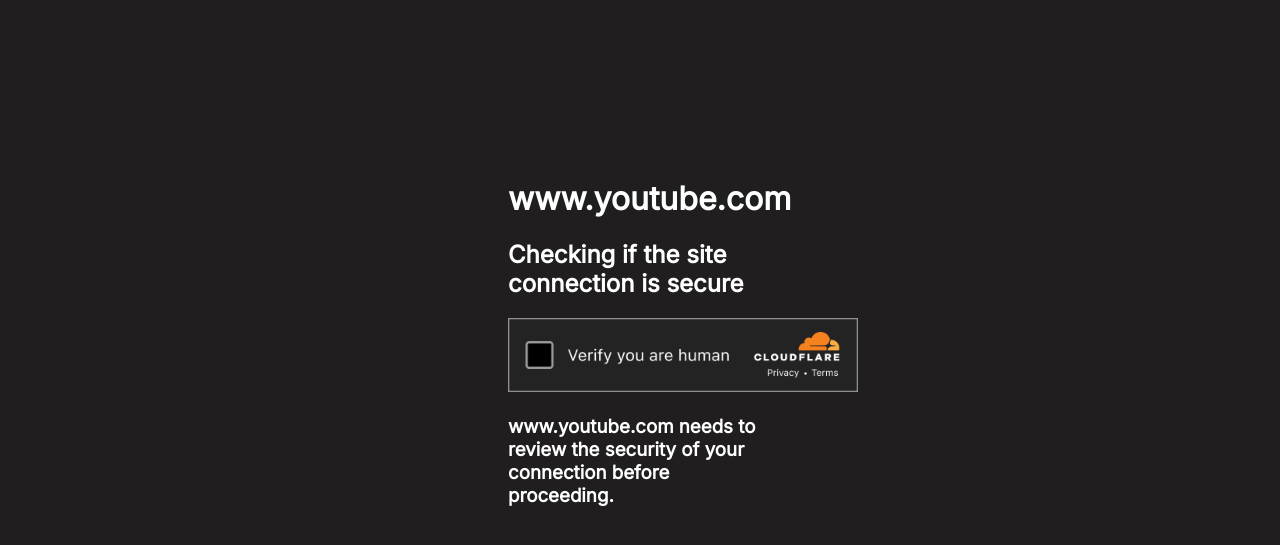
Repository: estech321/CAPTCHA-RickRoll
Page: index.html
The author's editor kept a copy of each file at every save. The page is drawn from the files as they stood at one save, then again after the next save.
The browser window is 1280 px wide. The pictures show the whole page.

Above is the page before, as saved 2023-12-29 23:40:51.

### index.html
<!DOCTYPE html>
<html>
<head>
    <meta charset="UTF-8" />
    <title>Just a moment...</title>
    <link rel="preconnect" href="https://fonts.googleapis.com">
    <link rel="preconnect" href="https://fonts.gstatic.com" crossorigin>
    <link href="https://fonts.googleapis.com/css2?family=Inter&display=swap" rel="stylesheet">
    <style>
        body {
            font-family: 'Inter', sans-serif;
            color: rgb(255, 255, 255);
            background-color: #201E1E;
            padding-top: 150px;
            padding-right: 500px;
            padding-bottom: 50px;
            padding-left: 500px;
        }
    </style>
</head>
<body>
    <h1>www.youtube.com</h1>
    <h2>Checking if the site connection is secure</h2>
    <a href="https://bit.ly/rryt"><img src="verify.png" width="350" height="auto"/></a>
    <h3>www.youtube.com needs to review the security of your connection before proceeding.</h3>
</body>
</html>

After the next save:
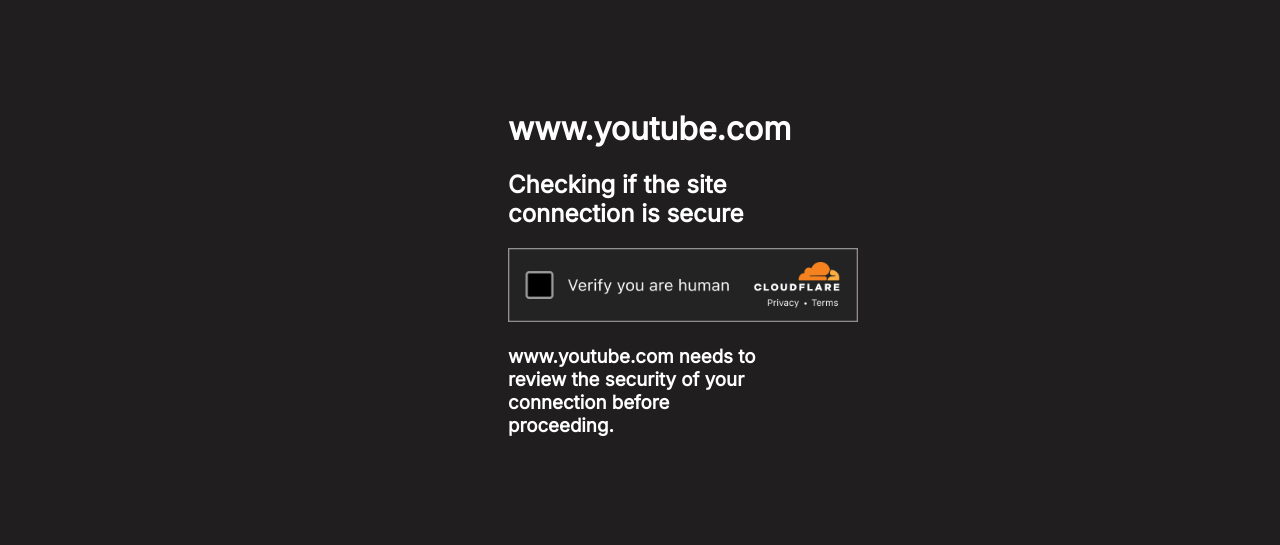
Saved 17 s later.
--- a/index.html
+++ b/index.html
@@ -11,9 +11,9 @@
             font-family: 'Inter', sans-serif;
             color: rgb(255, 255, 255);
             background-color: #201E1E;
-            padding-top: 150px;
+            padding-top: 80px;
             padding-right: 500px;
-            padding-bottom: 50px;
+            padding-bottom: 150px;
             padding-left: 500px;
         }
     </style>
